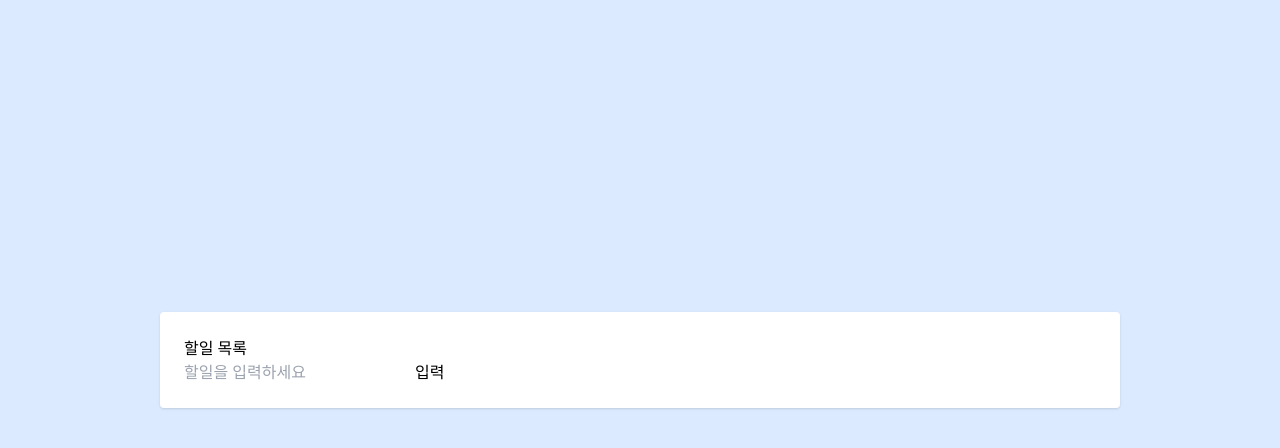
Repository: siwon9898/react-learn
Page: /
The author's editor kept a copy of each file at every save. The page is drawn from the files as they stood at one save, then again after the next save.
The browser window is 1280 px wide. The pictures show the whole page.
The project was rebuilt for these pictures with package versions that can differ from the ones it lists, and the page was loaded fresh each time. Also part of the build but not shown: src/index.css.

Above is the page before, as saved 2023-03-30 11:30:36.

After the next save:
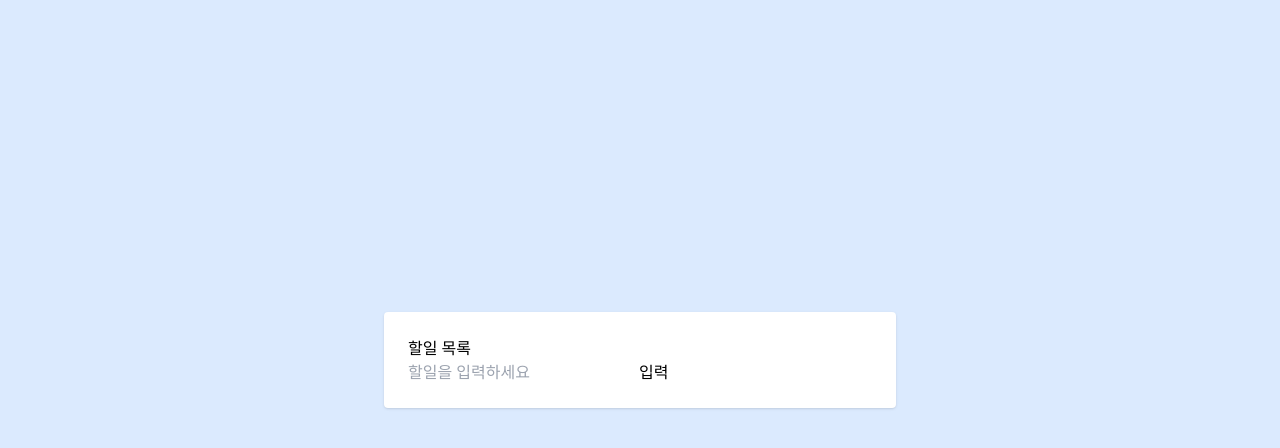
Saved 9 s later.
--- a/src/App.js
+++ b/src/App.js
@@ -123,7 +123,7 @@ export default function App() {
   };
   return (
     <div className="flex items-center justify-center w-screen h-screen bg-blue-100">
-      <div className="w-full p-6 m-4 bg-white rounded shadow lg:w-3/4">
+      <div className="w-full p-6 m-4 bg-white rounded shadow lg:w-3/4 lg:max-w-lg">
         <div>
           <h1>할일 목록</h1>
         </div>
